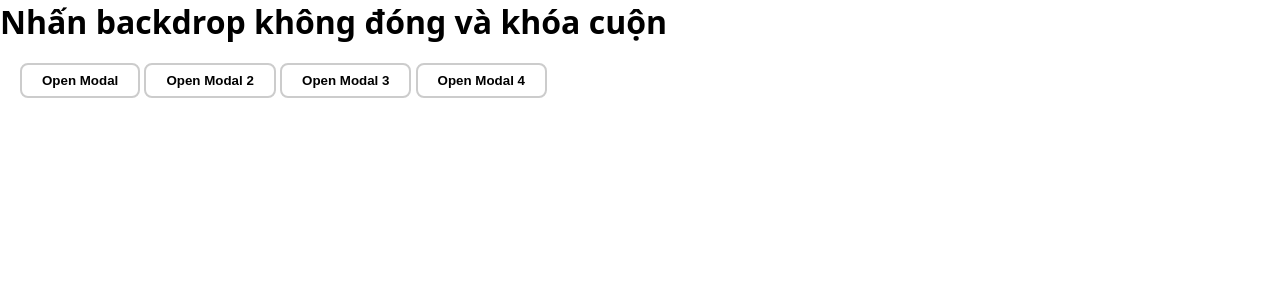
Repository: lannguyen1301/openix
Page: index.html
These files come from the project's save history. The page is drawn as it stood at one moment and after the next save; the edit follows.
The browser window is 1280 px wide. The pictures show the whole page.

Above is the page before, as saved 2025-06-21 06:50:49.

After the next save:
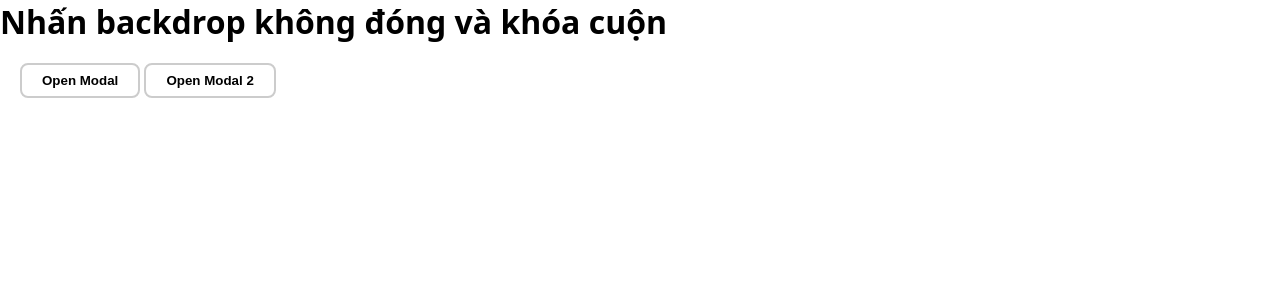
Saved 75 s later.
--- a/index.html
+++ b/index.html
@@ -14,8 +14,6 @@
     <main>
         <button id="open-modal-1" class="btn">Open Modal</button>
         <button id="open-modal-2" class="btn">Open Modal 2</button>
-        <button id="open-modal-3" class="btn">Open Modal 3</button>
-        <button id="open-modal-4" class="btn">Open Modal 4</button>
     </main>
     <template id="modal-1">
         <h2>Modal 1</h2>
